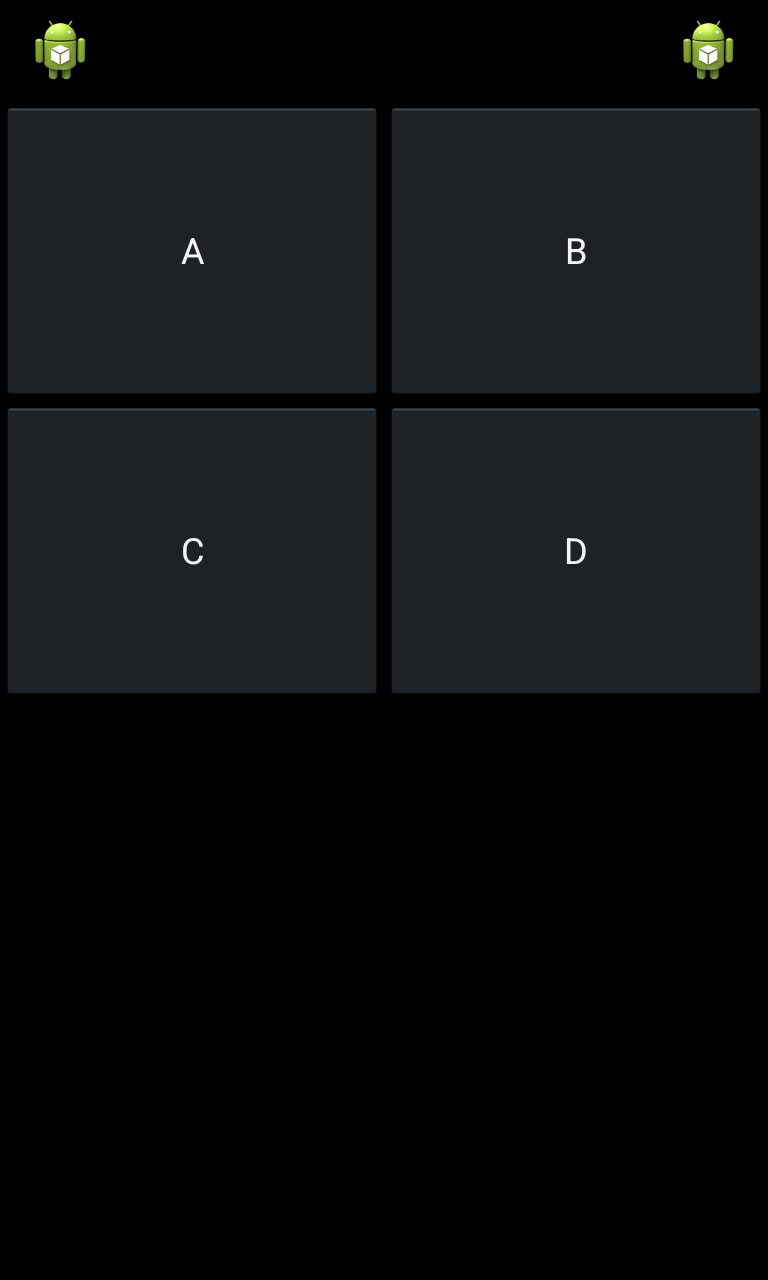
Repository: Minsu-Daniel-Kim/tipinboard1.0
Layout: TipinBoard1.0/res/layout/activity_main.xml
These files come from the project's save history. The layout is drawn as it stood at one moment and after the next save; the edit follows.
It is drawn on a 768 x 1280 px phone screen (xhdpi) without system bars, with theme android:Theme.Holo; the app's code is not run.

Above is the layout before, as saved 2013-04-15 09:19:15.

### TipinBoard1.0/res/layout/activity_main.xml
<?xml version="1.0" encoding="utf-8"?>
<LinearLayout xmlns:android="http://schemas.android.com/apk/res/android"
    android:layout_width="fill_parent"
    android:layout_height="fill_parent"
    android:orientation="vertical" >

    <RelativeLayout
        android:id="@+id/imageView1"
        android:layout_width="fill_parent"
        android:layout_height="50dp"
        android:orientation="horizontal" >

        <ImageView
            android:id="@+id/iv_profile"
            android:layout_width="40dp"
            android:layout_height="40dp"
            android:layout_alignParentBottom="true"
            android:layout_alignParentLeft="true"
            android:layout_margin="10dp"
            android:src="@drawable/ic_launcher" />

        <TextView
            android:id="@+id/imageView1"
            android:layout_toRightOf="@+id/iv_profile"
            android:layout_width="wrap_content"
            android:layout_height="wrap_content"
            android:layout_margin="10dp"
            ali=""
            android:text="김민수" />

        <ImageView
            android:id="@+id/iv_profile"
            android:layout_width="40dp"
            android:layout_height="40dp"
            android:layout_alignParentBottom="true"
            android:layout_alignParentRight="true"
            android:layout_margin="10dp"
            android:src="@drawable/ic_launcher" />
    </RelativeLayout>

    <LinearLayout
        xmlns:android="http://schemas.android.com/apk/res/android"
        android:layout_width="fill_parent"
        android:layout_height="wrap_content"
        android:orientation="horizontal" >

        <Button
            android:id="@+id/button1"
            android:layout_width="0dp"
            android:layout_height="150dp"
            android:layout_weight="1"
            android:text="A" />

        <Button
            android:id="@+id/button1"
            android:layout_width="0dp"
            android:layout_height="150dp"
            android:layout_weight="1"
            android:text="B" />
    </LinearLayout>

    <LinearLayout
        xmlns:android="http://schemas.android.com/apk/res/android"
        android:layout_width="fill_parent"
        android:layout_height="wrap_content"
        android:orientation="horizontal" >

        <Button
            android:id="@+id/button1"
            android:layout_width="0dp"
            android:layout_height="150dp"
            android:layout_weight="1"
            android:text="C" />

        <Button
            android:id="@+id/button1"
            android:layout_width="0dp"
            android:layout_height="150dp"
            android:layout_weight="1"
            android:text="D" />
    </LinearLayout>

</LinearLayout>

After the next save:
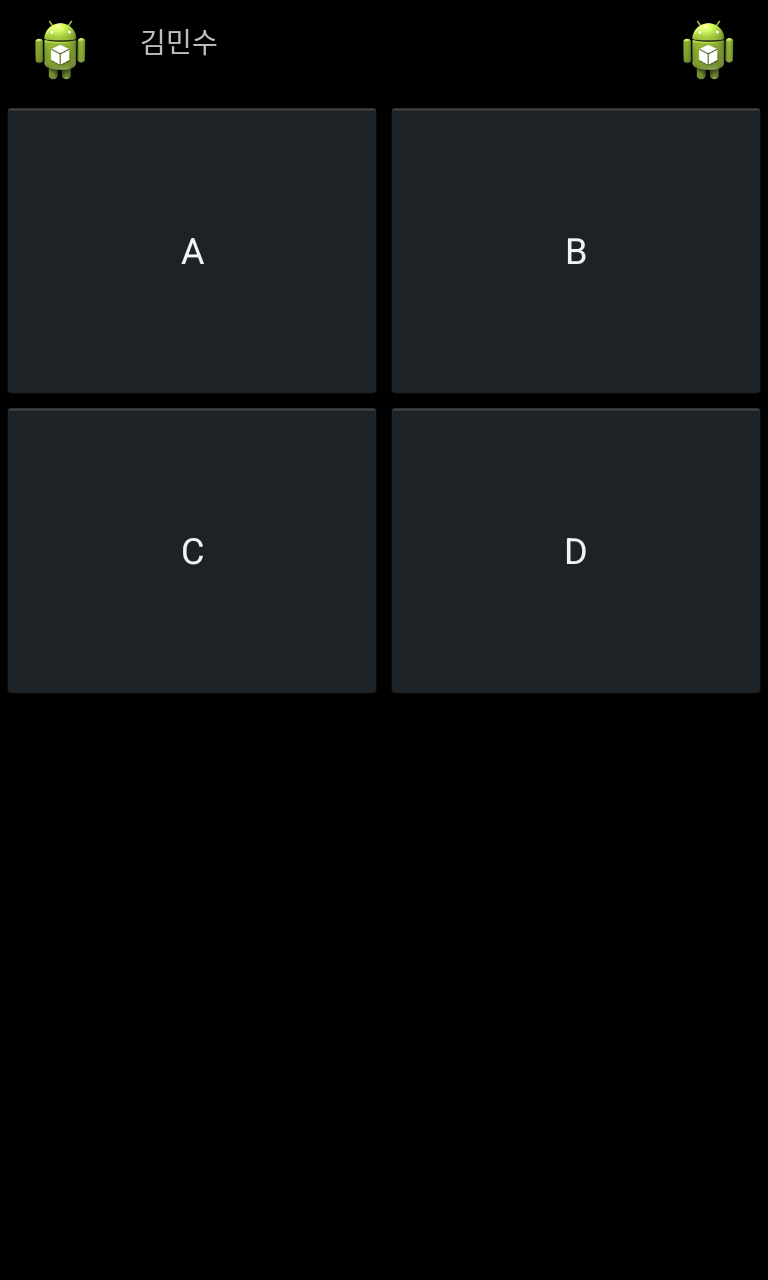
Saved 13 s later.
--- a/TipinBoard1.0/res/layout/activity_main.xml
+++ b/TipinBoard1.0/res/layout/activity_main.xml
@@ -29,7 +29,6 @@
             android:text="김민수" />
 
         <ImageView
-            android:id="@+id/iv_profile"
             android:layout_width="40dp"
             android:layout_height="40dp"
             android:layout_alignParentBottom="true"
